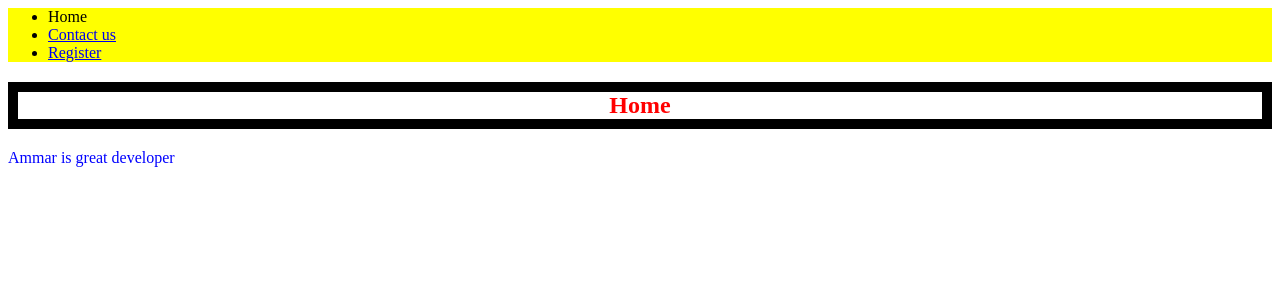
Repository: engammar111/css
Page: index.html
An editor plug-in stored every save of this project. The page is shown before and after the next save, followed by the edit.
The browser window is 1280 px wide. The pictures show the whole page.

Above is the page before, as saved 2021-07-31 16:06:39.

### index.html
<html lang="en">
  <head>
    <link rel="stylesheet" href="style.css" />
    <title>css</title>
  </head>
  <body>
    <header>
      <nav>
        <ul>
          <li>Home</li>
          <li><a href="contactus.html">Contact us</a></li>
          <li><a href="register">Register</a></li>
        </ul>
      </nav>
    </header>
    <section>
      <h1>Home</h1>
      <p>Ammar is great developer</p>
    </section>
  </body>
</html>

### style.css
/* Selector {
    property : value;
} */

header {
  background-color: yellow;
}
h1 {
  color: red;
  text-align: center;
  border: 10px solid black;
}

p {
  color: green;
}
p {
  color: blue;
}

After the next save:
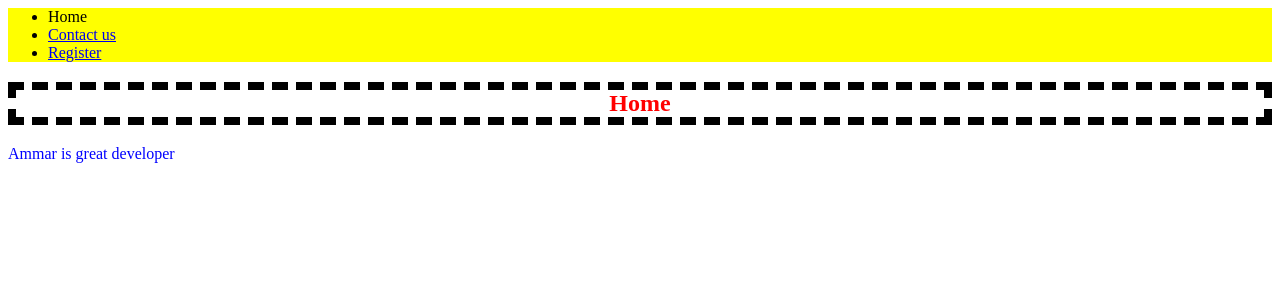
Saved 20 s later.
--- a/style.css
+++ b/style.css
@@ -8,7 +8,7 @@ header {
 h1 {
   color: red;
   text-align: center;
-  border: 10px solid black;
+  border: 8px dashed black;
 }
 
 p {
